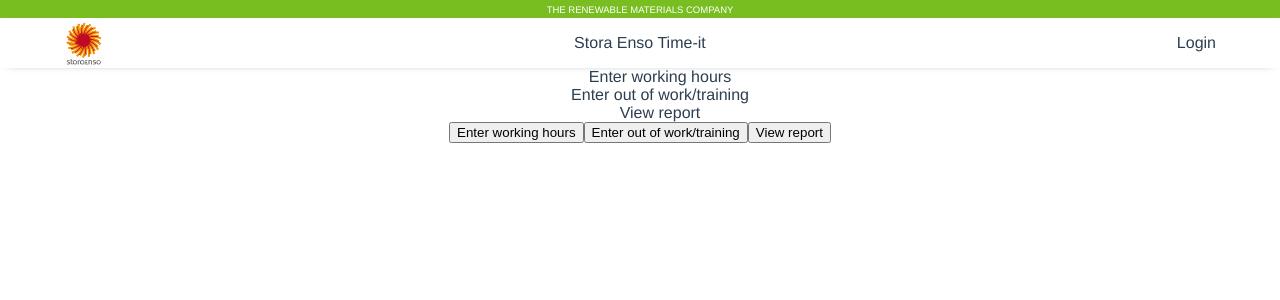
Repository: marianreha/vue-timeit
Page: /
These files come from the project's save history. The page is drawn as it stood at one moment and after the next save; the edit follows.
The browser window is 1280 px wide. The pictures show the whole page.
Some web fonts or font styles are not loaded; a fallback is used. The project was rebuilt for these pictures with package versions that can differ from the ones it lists, and the page was loaded fresh each time. Also part of the build but not shown: vue.config.js.

Above is the page before, as saved 2020-03-29 19:23:50.

After the next save:
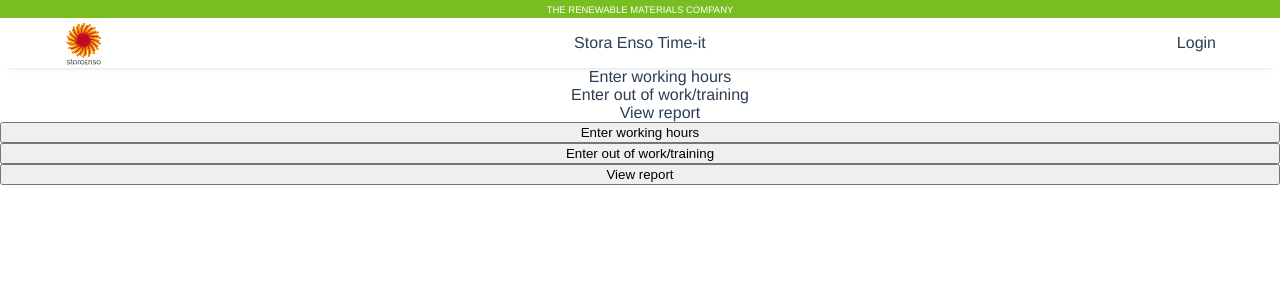
Saved 33 s later.
--- a/src/components/Home.vue
+++ b/src/components/Home.vue
@@ -5,7 +5,7 @@
           <li>Enter out of work/training</li>
           <li>View report</li>
       </ul>
-      <div>
+      <div class="btn-group">
         <button>Enter working hours</button>
         <button>Enter out of work/training</button>
         <button>View report</button>
@@ -27,8 +27,9 @@
     flex-direction: column;
 }
 
-/* ul li {
+.btn-group {
     display: flex;
-    justify-content: center;
-} */
+    flex-direction: column;
+}
+
 </style>
